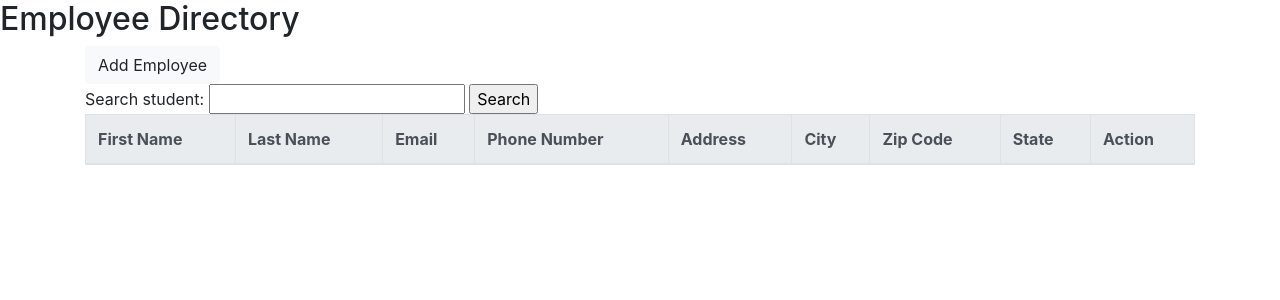
Repository: TChristian315/directory_app
Page: http://localhost/directoryapp/directory.jsp
An editor plug-in stored every save of this project. The page is shown before and after the next save, followed by the edit.
The browser window is 1280 px wide. The pictures show the whole page.
Some web libraries are served in a nearby version. The page is served by Tomcat 9. Other server files are loaded and not shown. The template is opened directly, without the code that normally fills it, so the values that code supplies are empty.

Above is the page before, as saved 2018-05-24 13:06:00.

### Workspaces/directoryapp/WebContent/directory.jsp
<%@ page language="java" contentType="text/html; charset=ISO-8859-1"
    pageEncoding="ISO-8859-1"%>
<%@ taglib uri="http://java.sun.com/jsp/jstl/core" prefix="c" %>

<!DOCTYPE html PUBLIC "-//W3C//DTD HTML 4.01 Transitional//EN" "http://www.w3.org/TR/html4/loose.dtd">
<html>
<head>
<meta http-equiv="Content-Type" content="text/html; charset=ISO-8859-1">
<link rel="stylesheet" href="https://maxcdn.bootstrapcdn.com/bootstrap/4.0.0/css/bootstrap.min.css" integrity="sha384-Gn5384xqQ1aoWXA+058RXPxPg6fy4IWvTNh0E263XmFcJlSAwiGgFAW/dAiS6JXm" crossorigin="anonymous">

<title>Employee Directory</title>
</head>
<body>

	<div class="wrapper">
		<div class="header">
			<h2> Employee Directory</h2>
		</div>

		<div class="container">

			<div class="content">

				<input type="button" value="Add Employee"
					onclick="window.location.href= 'add-employee-form.jsp'; return false;"
					class="btn btn-light" style="" />

				 <form action="EmployeeControllerServlet" method="GET">
                <input type="hidden" name="command" value="SEARCH" />
                Search student: <input type="text" name="searchName" />
                <input type="submit" value="Search" class="add-student-button" />
            	</form>

				<table class ="table table-bordered table-hover">
					<thead class="thead-light">
						<tr>
							<th scope="col">First Name</th>
							<th scope="col">Last Name</th>
							<th scope="col">Email</th>
							<th scope="col">Phone Number</th>
							<th scope="col">Address</th>
							<th scope="col">City</th>
							<th scope="col">Zip Code</th>
							<th scope="col">State</th>
							<th scope="col">Action</th>
						</tr>
					</thead>
					<c:forEach var="tempEmployee" items="${employee_list}">

						<c:url var="updateLink" value="EmployeeControllerServlet">
							<c:param name="command" value="LOAD" />
							<c:param name="employeeId" value="${tempEmployee.id}" />
						</c:url>
						<c:url var="deleteLink" value="EmployeeControllerServlet">
							<c:param name="command" value="DELETE" />
							<c:param name="employeeId" value="${tempEmployee.id}" />
						</c:url>
					<tbody>
						<tr>
							<td>${tempEmployee.firstName}</td>
							<td>${tempEmployee.lastName}</td>
							<td>${tempEmployee.email}</td>
							<td>${tempEmployee.phoneNumber}</td>
							<td>${tempEmployee.address}</td>
							<td>${tempEmployee.city}</td>
							<td>${tempEmployee.state}</td>
							<td>${tempEmployee.zipCode}</td>
							<td><a href="${updateLink}">Update</a>
							<a href="${deleteLink}" onclick="if(!(confirm('Are you sure you want to delete this employee?'))) return false">Delete</a></td>
						</tr>
					</c:forEach>
					</tbody>

				</table>
			</div>
		</div>
	</div>


	<script src="https://code.jquery.com/jquery-3.2.1.slim.min.js" integrity="sha384-KJ3o2DKtIkvYIK3UENzmM7KCkRr/rE9/Qpg6aAZGJwFDMVNA/GpGFF93hXpG5KkN" crossorigin="anonymous"></script>
	<script src="https://cdnjs.cloudflare.com/ajax/libs/popper.js/1.12.9/umd/popper.min.js" integrity="sha384-ApNbgh9B+Y1QKtv3Rn7W3mgPxhU9K/ScQsAP7hUibX39j7fakFPskvXusvfa0b4Q" crossorigin="anonymous"></script>
	<script src="https://maxcdn.bootstrapcdn.com/bootstrap/4.0.0/js/bootstrap.min.js" integrity="sha384-JZR6Spejh4U02d8jOt6vLEHfe/JQGiRRSQQxSfFWpi1MquVdAyjUar5+76PVCmYl" crossorigin="anonymous"></script>


</body>
</html>

After the next save:
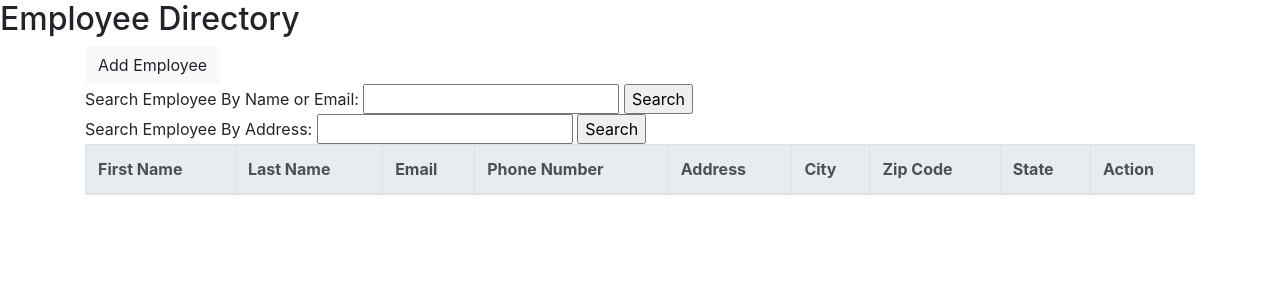
Saved 2 min 46 s later.
--- a/Workspaces/directoryapp/WebContent/directory.jsp
+++ b/Workspaces/directoryapp/WebContent/directory.jsp
@@ -27,7 +27,13 @@
 
 				 <form action="EmployeeControllerServlet" method="GET">
                 <input type="hidden" name="command" value="SEARCH" />
-                Search student: <input type="text" name="searchName" />
+                Search Employee By Name or Email: <input type="text" name="searchName" />
+                <input type="submit" value="Search" class="add-student-button" />
+            	</form>
+
+            	 <form action="EmployeeControllerServlet" method="GET">
+                <input type="hidden" name="command" value="SEARCH" />
+                Search Employee By Address: <input type="text" name="searchAddress" />
                 <input type="submit" value="Search" class="add-student-button" />
             	</form>
 
